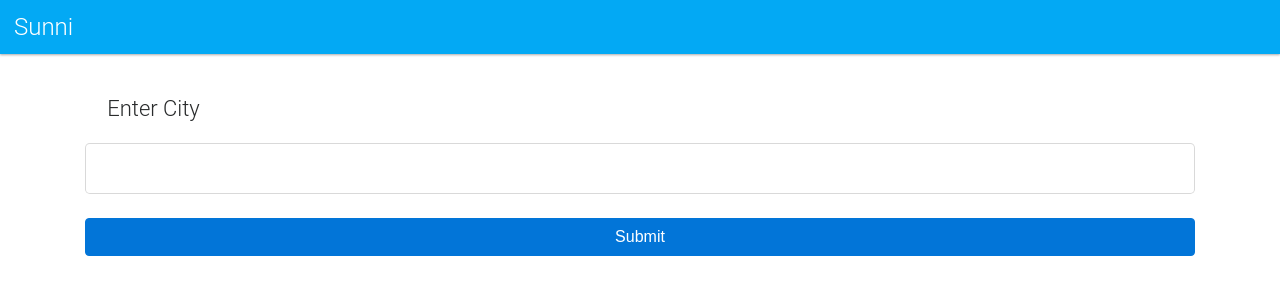
Repository: Oakga/Weather_app
Page: index.html
The author's editor kept a copy of each file at every save. The page is drawn from the files as they stood at one save, then again after the next save.
The browser window is 1280 px wide. The pictures show the whole page.

Above is the page before, as saved 2017-09-22 05:10:45.

### index.html
<!DOCTYPE html>
<html>
<head>
    <meta charset="utf-8">
    <link rel="stylesheet" href="https://maxcdn.bootstrapcdn.com/bootstrap/4.0.0-alpha.6/css/bootstrap.min.css" integrity="sha384-rwoIResjU2yc3z8GV/NPeZWAv56rSmLldC3R/AZzGRnGxQQKnKkoFVhFQhNUwEyJ" crossorigin="anonymous">
    <!-- <link href='http://fonts.googleapis.com/css?family=Roboto:400,300,700' rel='stylesheet' type='text/css'> -->
    <link href="css/styles.css" rel="stylesheet" type="text/css">
    <script src="https://unpkg.com/axios/dist/axios.min.js"></script>
</head>
<body>
    <header>
        <h1>Sunni</h1>
    </header>
    <div class="container">
        <div class="row">
        <div class="col">
        <h2>Enter City</h2>
        <form id="location-form">
            <input type="text" id="location-input" class="form-control form-control-lg "/>
            <br>
            <button type="submit" class="btn btn-primary btn-block">Submit</button>
          </form>
        <div id="formatted-address"></div>
        <div id="geometry-component"></div>
    </div>
    </div>
    </div>
    <div id="weather-component"></div>
    <script src="js/main.js"></script>
</body>
</html>

### css/styles.css
body {
    font-family: 'Roboto', 'Sans Serif';
    font-size: 16px;
    padding: 0;
    margin: 0;
}

header {
    background-color: #03A9F4;
    padding: 14px;
    box-shadow: 0 1px 3px rgba(0,0,0,0.12), 0 1px 2px rgba(0,0,0,0.24);
}

h1, h2, h3 {
    font-weight: 300;
}

header > h1 {
    font-weight: 300;
    font-size: 24px;
    margin: 0;
    color: #FFFFFF;
}

h2 {
    font-size: 22px;
    margin: 20px 0 0 0;
    padding: 2%;
}

.table {
    border-radius: 5px;
    width: 50%;
    margin: 0px auto;
    float: none;
}

### js/main.js

let geoCode = (location) => {
    axios.get('https://maps.googleapis.com/maps/api/geocode/json',{
    params:{
        address: location,
        key: 'AIzaSyAkYBjwd7ygcP8GpAz47QsP3s3vaweLAE0'
    }
}).then(function(response){
    const formattedAddr = response.data.results[0].formatted_address;
    const formattedAddrOutput = `
            <ul class="list-group">
            <li class="list-group-item">
            ${formattedAddr}
            </li>
            </ul>
            `;
    let addressComponents = response.data.results[0].address_components;
    let lat = Math.round(response.data.results[0].geometry.location.lat*10000)/10000;
    let lng = Math.round(response.data.results[0].geometry.location.lng*10000)/10000;
    let geometryOutput = `
            <ul class="list-group">
            <li class="list-group-item">
            <strong>
            Latitude
            </strong>: ${lat}
            </li>
            <li class="list-group-item">
            <strong>
            Longitude
            </strong>: ${lng}
            </li>
            </ul>
            `;
    document.getElementById('formatted-address').innerHTML = formattedAddrOutput;
    document.getElementById('geometry-component').innerHTML = geometryOutput;

    darkSky(lat,lng);

})
.catch(function(error){
    const formattedAddrOutput = `
    <div class="alert alert-danger" role="alert">
    <strong>Unknown Location!</strong> Change a few things up and try submitting again.
    </div>
    `;
    document.getElementById('formatted-address').innerHTML = formattedAddrOutput;
})
};

let darkSky = (lat, lng, date = Date.now()) => {
    let apiCall = 'https://cors-anywhere.herokuapp.com/https://api.darksky.net/forecast/c84a2f187efcca194054935abae32b10/'+lat+','+lng;
    axios.get(apiCall,{
        params: {
            exclude: '[hourly,flags]',
            time: date
        }
    }).then(function(response){
        let weeklyReport = [];
        const months = ['Jan','Feb','Mar','Apr','May','Jun','Jul','Aug','Sep','Oct','Nov','Dec'];
        const days = ['Sun','Mon','Tue','Wed','Thur','Fri','Sat'];
        let year, month, day;
        const currentDate =  response.data.currently;
        const dailyDate = response.data.daily.data;
        for(let i=0;i<dailyDate.length;i++){
            var date = new Date(dailyDate[i].time*1000);
            year = date.getFullYear();
            month = months[date.getMonth()];
            day = days[date.getDay()];
            numDate = date.getDate();
            formattedTime = numDate + ' ' + month + ' ' + year;
            const dayReport = weeklyReport[i] = {
                Time: formattedTime,
                Humidity: dailyDate[i].humidity,
                Precipitation: dailyDate[i].precipProbability,
                Intensity: dailyDate[i].precipIntensity,
                Wind: dailyDate[i].windSpeed,
                MaxTemperature: dailyDate[i].temperatureMax,
                MinTemperature: dailyDate[i].temperatureMin,
            };
        };
        console.log(weeklyReport);
        let columnNames = ``;
        for ( property in weeklyReport[0] ) {
            columnNames += `
            <th>
            ${property}
            </th>
            `;
        };

        let itemRows = ``;
        let reportForTheDay;
        for(var i=0;i<weeklyReport.length;i++){
            reportForTheDay=weeklyReport[i];
            itemRows += `<tr>
            <th scope="row">${reportForTheDay.Time}</th>
            <td>${reportForTheDay.Humidity}</td>
            <td>${reportForTheDay.Precipitation}</td>
            <td>${reportForTheDay.Intensity}</td>
            <td>${reportForTheDay.Wind}</td>
            <td>${reportForTheDay.MaxTemperature}</td>
            <td>${reportForTheDay.MinTemperature}</td>
            </tr>`
        };

        let tableOutput = `
            <h2>Future ForeCasts</h2>
            <table class="table">
            <thead class="thead-inverse" id="table-index">
            ${columnNames}
            </thead>
            <tbody>
            ${itemRows}
            </tbody>
            </table>
        `;
        document.getElementById('weather-component').innerHTML = tableOutput;

    })
    .catch(function(error){
        console.log(error);
        const alert = `
        <div class="alert alert-danger" role="alert">
        <strong>Cannot find Weather information!</strong> Change a few things up and try submitting again.
        </div>
        `;
        document.getElementById('weather-component').insertAdjacentHTML("afterbegin",alert);
    })
    ;
}


document.getElementById('location-form').addEventListener('submit', function (e){
    e.preventDefault();
    let location = document.getElementById('location-input').value;
    geoCode(location);

});

After the next save:
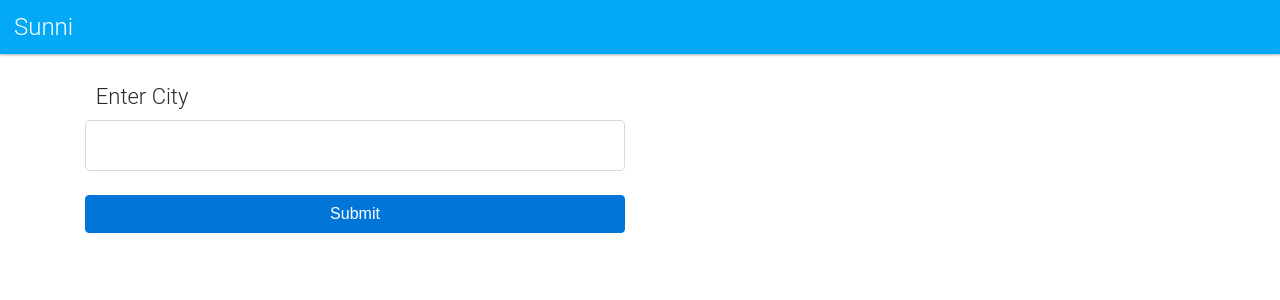
Saved 16 s later.
--- a/index.html
+++ b/index.html
@@ -23,6 +23,7 @@
         <div id="formatted-address"></div>
         <div id="geometry-component"></div>
     </div>
+    <div class="col"></div>
     </div>
     </div>
     <div id="weather-component"></div>
